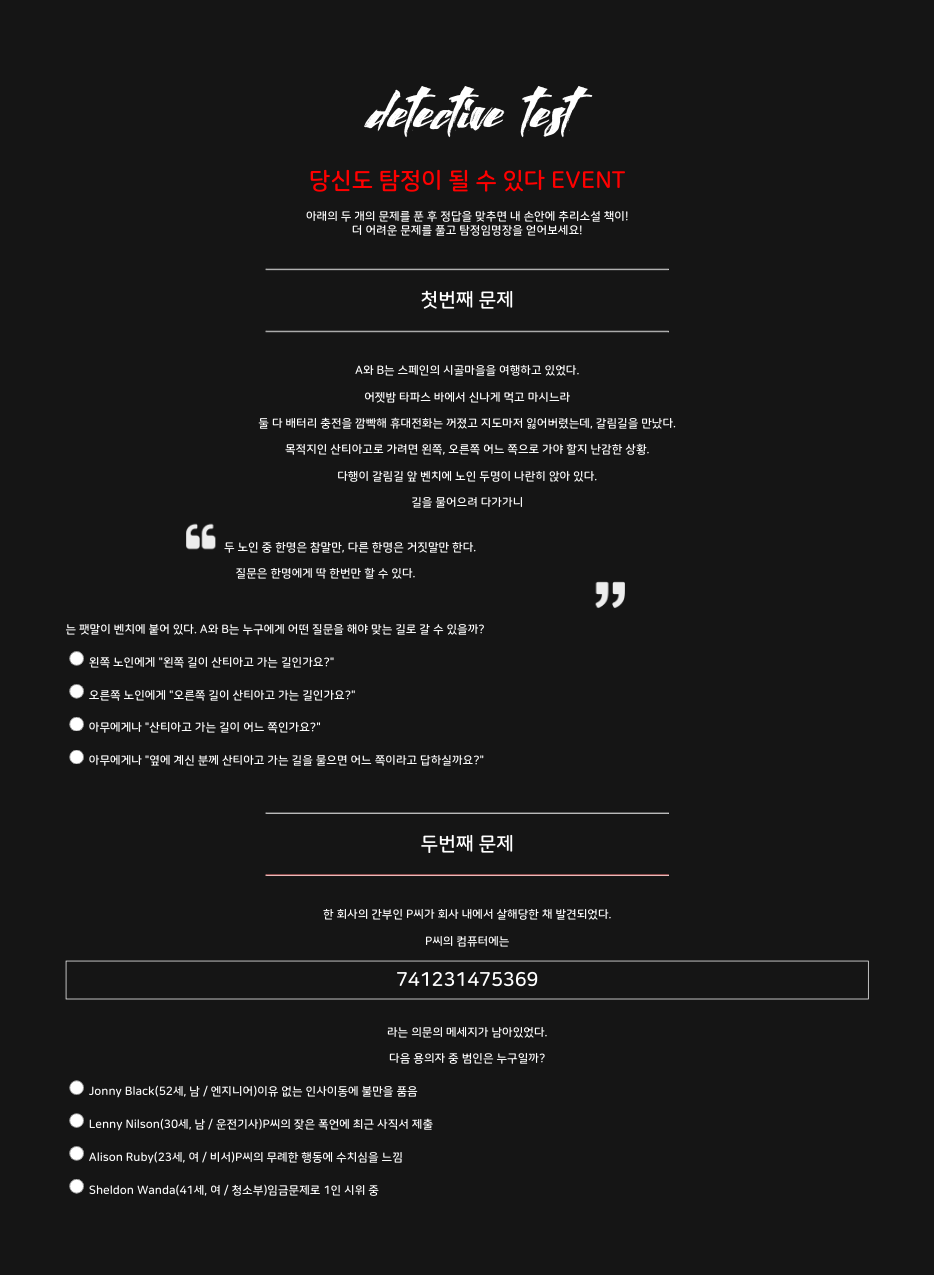
Repository: minkyung0421/Event_Project
Page: http://localhost/Event/quiz.jsp
The author's editor kept a copy of each file at every save. The page is drawn from the files as they stood at one save, then again after a run of saves.
The browser window is 1280 px wide. The pictures show the whole page, at 73% of full size.
The page is served by Tomcat 9.

Above is the page before, as saved 2018-09-04 07:29:02.

### Event_Project/Event/WebContent/quiz.jsp
<%@ page language="java" contentType="text/html; charset=UTF-8"
    pageEncoding="UTF-8"%>
<!DOCTYPE html PUBLIC "-//W3C//DTD HTML 4.01 Transitional//EN" "http://www.w3.org/TR/html4/loose.dtd">
<html>
<head>
<meta http-equiv="Content-Type" content="text/html; charset=UTF-8">
<title>EVENT</title>
<style>
@font-face{
	font-family: 'Calligraphy Personal Use'; src:url('font/Calligraphy Personal Use.ttf');
}
@font-face{font-family:'NANUMSQUAREROUNDL'; src:url('font/NANUMSQUAREROUNDL.TTF')}
@font-face{font-family:'NANUMSQUAREROUNDB'; src:url('font/NANUMSQUAREROUNDB.TTF')}

body{
	margin:7%;
	padding:0px;
	font-family:'NANUMSQUAREROUNDB';
	background-color: #151515;
	color: white;
}


</style>
</head>
<style>
</style>
<body>
<form action = "quiz_result.jsp" method="post">
<center><div style = "font-family: Calligraphy Personal Use; font-size: 90pt; margin-top:5%">detective test</div></center>

<center><h1 style = "color:red">당신도 탐정이 될 수 있다 EVENT</h1>
<div style = "color: white;">아래의 두 개의 문제를 푼 후 정답을 맞추면 내 손안에 추리소설 책이! <br>
더 어려운 문제를 풀고 탐정임명장을 얻어보세요!</div>
<br><br>
<hr style = "width: 50%">
<br>
<div style = "font-size: 20pt;">첫번째 문제</div>
<br>
<hr style = "width: 50%">
<br>
<br>
</center>
<center>
A와 B는 스페인의 시골마을을 여행하고 있었다. <br><br>
어젯밤 타파스 바에서 신나게 먹고 마시느라 <br><br> 둘 다 배터리 충전을 깜빡해
휴대전화는 꺼졌고 지도마저 잃어버렸는데, 갈림길을 만났다.<br><br>
목적지인 산티아고로 가려면 왼쪽, 오른쪽 어느 쪽으로 가야 할지 난감한 상황. <br><br>
다행이 갈림길 앞 벤치에 노인 두명이 나란히 앉아 있다. <br><br>길을 물어으려 다가가니<br><br> </center>
<div style = "margin-left:15%;"><img src ="img/quote-left.png" widt=40px height=40px>&nbsp;&nbsp;
두 노인 중 한명은 참말만, 다른 한명은 거짓말만 한다.<br><br>&nbsp;&nbsp;&nbsp;&nbsp;&nbsp;&nbsp;&nbsp;
&nbsp;&nbsp;&nbsp;&nbsp;&nbsp;&nbsp;&nbsp;&nbsp;&nbsp;질문은 한명에게 딱 한번만 할 수 있다.<br><img src ="img/right-quote-sign.png" widt=40px height=40px style = "margin-left:60%;"></div><br>
는 팻말이 벤치에 붙어 있다. A와 B는 누구에게 어떤 질문을 해야 맞는 길로 갈 수 있을까?<br><br>


	<label><input type = "radio" name = "quiz1" value = "1" style="width:20px;height:20px;"> 왼쪽 노인에게 "왼쪽 길이 산티아고 가는 길인가요?"</label><br><br>
	<label><input type = "radio" name = "quiz1" value = "2" style="width:20px;height:20px;"> 오른쪽 노인에게 "오른쪽 길이 산티아고 가는 길인가요?"</label><br><br>
	<label><input type = "radio" name = "quiz1" value = "3" style="width:20px;height:20px;"> 아무에게나 "산티아고 가는 길이 어느 쪽인가요?"</label><br><br>
	<label><input type = "radio" name = "quiz1" value = "4" style="width:20px;height:20px;"> 아무에게나 "옆에 계신 분께 산티아고 가는 길을 물으면 어느 쪽이라고 답하실까요?"</label><br><br>

<center>
<br><br>
<hr style = "width: 50%; color="red" ">
<br>
<div style = "font-size: 20pt;">두번째 문제</div>
<br>
<hr style = "width: 50%; background-color: red;">
<br>
<br>
한 회사의 간부인 P씨가 회사 내에서 살해당한 채 발견되었다.<br><br>
P씨의 컴퓨터에는<br><br>
 <div style="border:1px solid; padding:10px; font-size: 20pt"> 741231475369 </div><br><br>
 라는 의문의 메세지가 남아있었다.<br><br>
 다음 용의자 중 범인은 누구일까? <br><br>
 </center>
	<label><input type = "radio" name = "quiz2" value = "1" style="width:20px;height:20px;"> Jonny Black(52세, 남 / 엔지니어)이유 없는 인사이동에 불만을 품음</label><br><br>
	<label><input type = "radio" name = "quiz2" value = "2" style="width:20px;height:20px;"> Lenny Nilson(30세, 남 / 운전기사)P씨의 잦은 폭언에 최근 사직서 제출</label><br><br>
	<label><input type = "radio" name = "quiz2" value = "3" style="width:20px;height:20px;"> Alison Ruby(23세, 여 / 비서)P씨의 무례한 행동에 수치심을 느낌</label><br><br>
	<label><input type = "radio" name = "quiz2" value = "4" style="width:20px;height:20px;"> Sheldon Wanda(41세, 여 / 청소부)임금문제로 1인 시위 중</label><br><br>



</form>

</body>
</html>

After the next 3 saves:
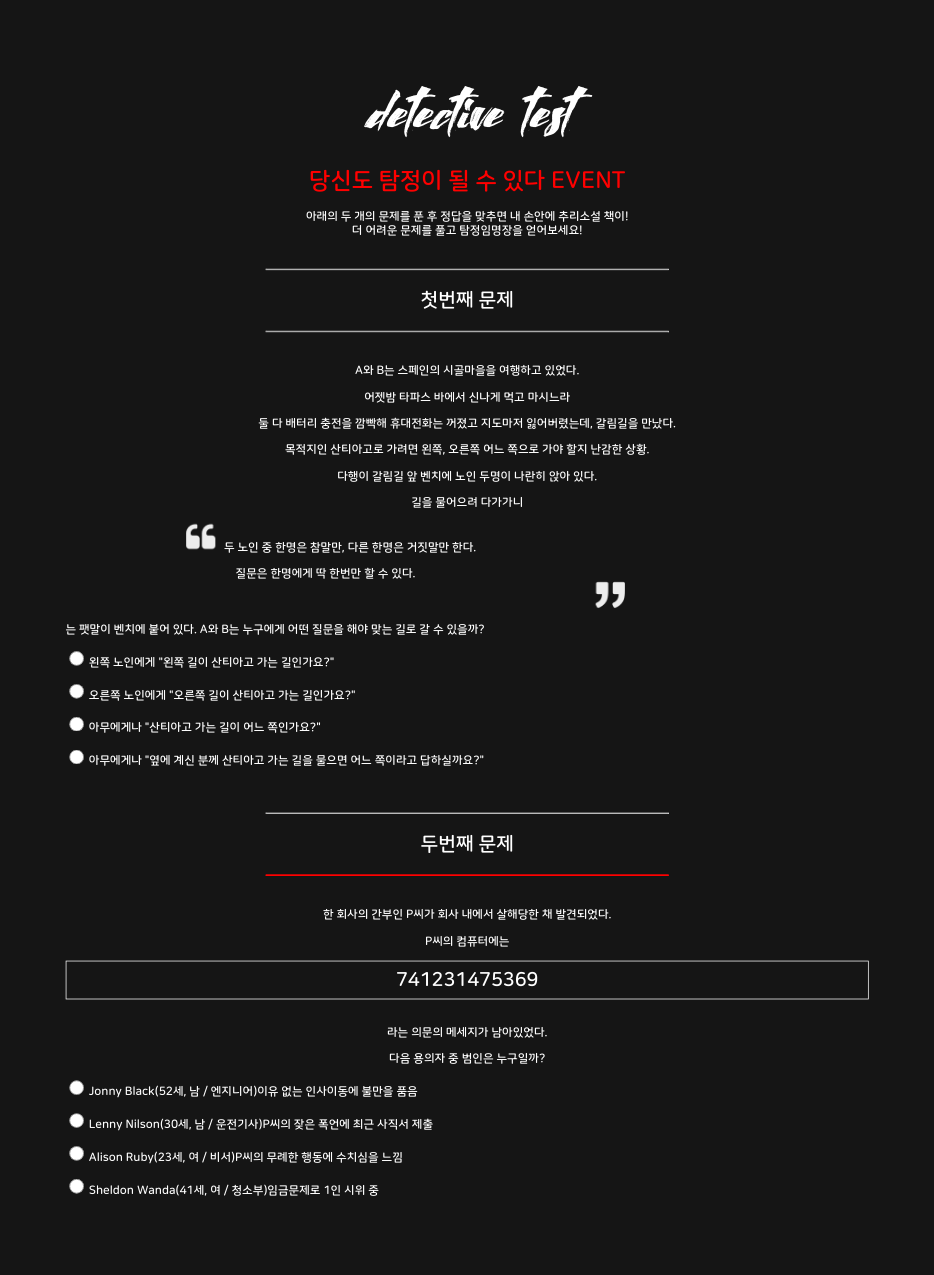
The 3 saves are shown as one change because they came seconds apart.
The last was saved 11 s later.
--- a/Event_Project/Event/WebContent/quiz.jsp
+++ b/Event_Project/Event/WebContent/quiz.jsp
@@ -60,11 +60,11 @@ A와 B는 스페인의 시골마을을 여행하고 있었다. <br><br>
 
 <center>
 <br><br>
-<hr style = "width: 50%; color="red" ">
+<hr  style = "width: 50%; ">
 <br>
 <div style = "font-size: 20pt;">두번째 문제</div>
 <br>
-<hr style = "width: 50%; background-color: red;">
+<hr color="red" style = "width: 50%; ">
 <br>
 <br>
 한 회사의 간부인 P씨가 회사 내에서 살해당한 채 발견되었다.<br><br>
